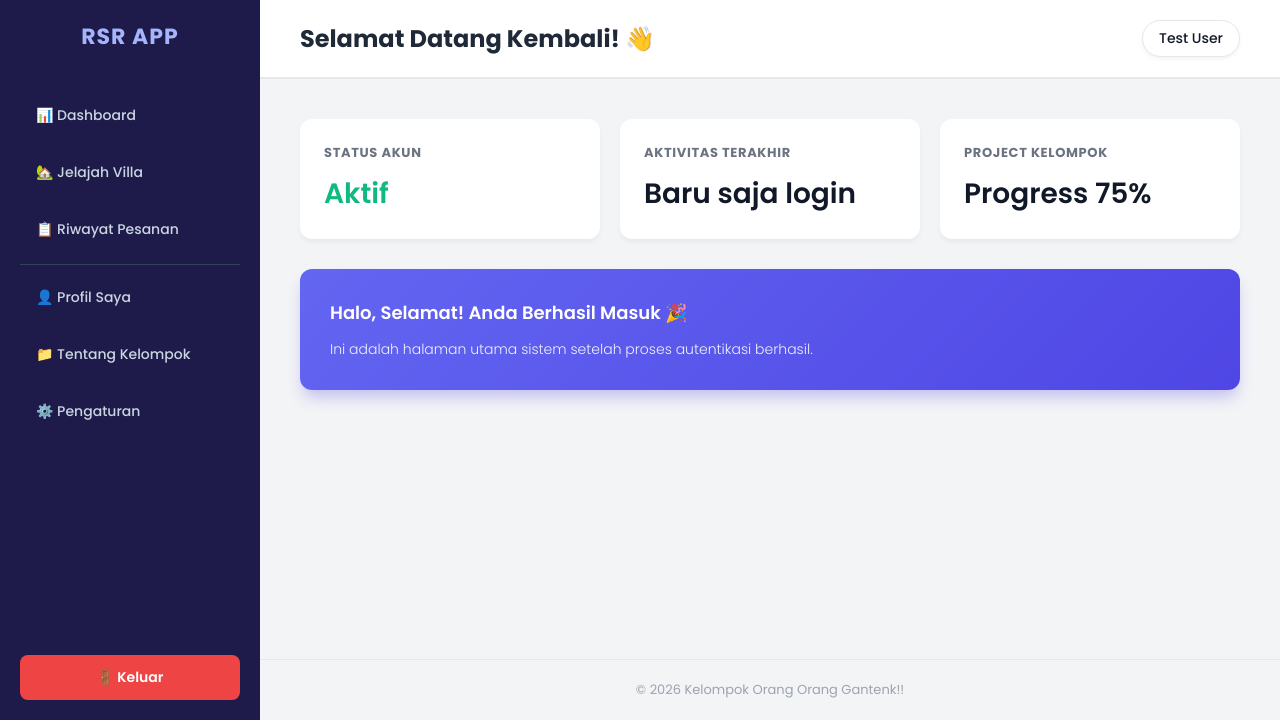
Repository: Risalagustian5/kelompok-rsr
Page: resources/views/user/dashboard.blade.php
The author's editor kept a copy of each file at every save. The page is drawn from the files as they stood at one save, then again after a run of saves.
The browser window is 1280 px wide. The pictures show the whole page.
The page is served by the project's Laravel application, run on PHP 8.4 with Laravel 12. A made-up administrator, Test User (test@example.com), is signed in. The template is opened directly, without the code that normally fills it, so the values that code supplies are empty.

Above is the page before, as saved 2026-07-12 19:57:30.

After the next 2 saves:
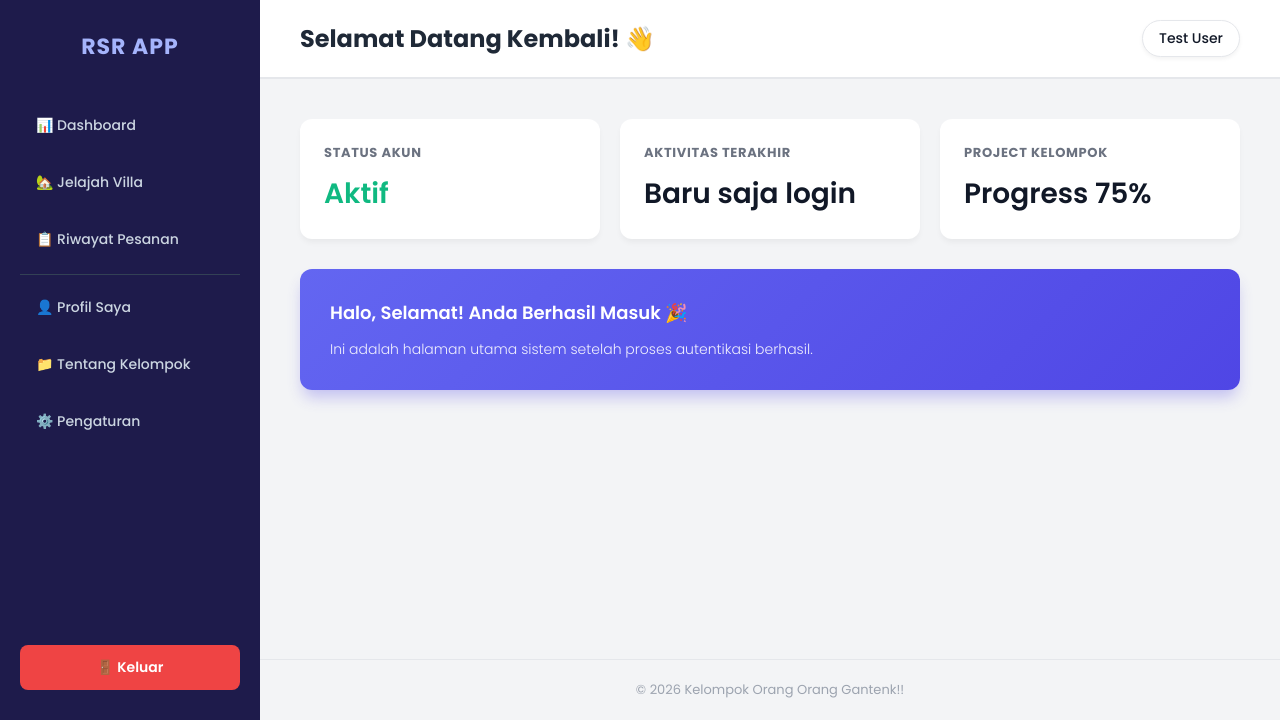
The 2 saves are shown as one change because they came seconds apart.
The last was saved 51 s later.
--- a/public/css/dashboard.css
+++ b/public/css/dashboard.css
@@ -506,35 +506,3 @@ tbody td {
         padding: 20px;
     }
 }
-/* Efek tambahan unik */
-.card:hover {
-  transform: translateY(-5px);
-  transition: 0.3s ease;
-}
-
-.btn-primary {
-  background-color: #2563eb;
-  border: none;
-  font-weight: 600;
-}
-
-.btn-primary:hover {
-  background-color: #1d4ed8 !important;
-}
-
-/* Sidebar styling */
-.sidebar {
-  background-color: #1e1b4b;
-  color: #fff;
-  min-height: 100vh;
-  padding: 20px;
-}
-
-.sidebar a {
-  color: #cbd5e1;
-  text-decoration: none;
-}
-
-.sidebar a:hover {
-  color: #fff;
-}
